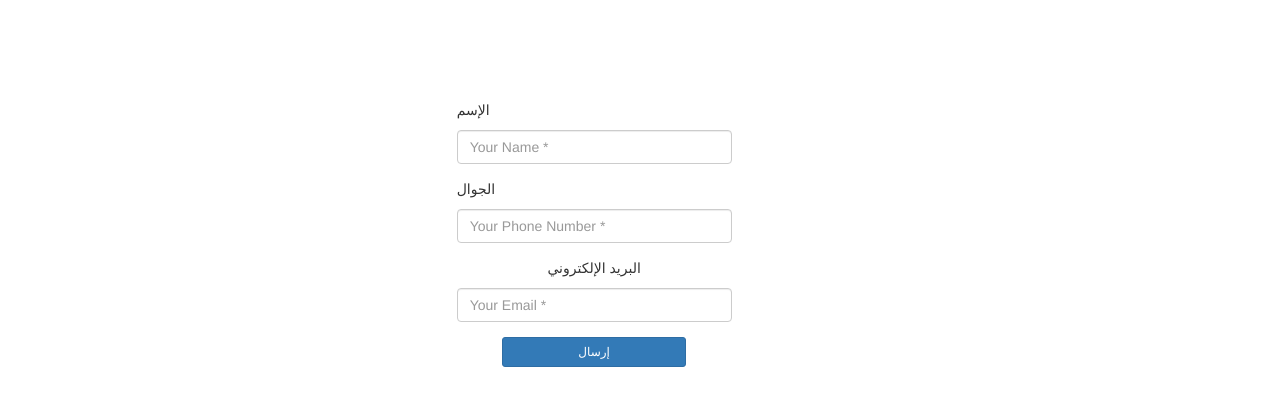
Repository: Abdaljawad-Aya/Itbeep-task
Page: http://localhost/form-user
An editor plug-in stored every save of this project. The page is shown before and after a run of saves, followed by the edit.
The browser window is 1280 px wide. The pictures show the whole page.
The page is served by the project's Laravel application, run on PHP 8.4 with Laravel 8.

Above is the page before, as saved 2021-03-07 18:58:51.

After the next 2 saves:
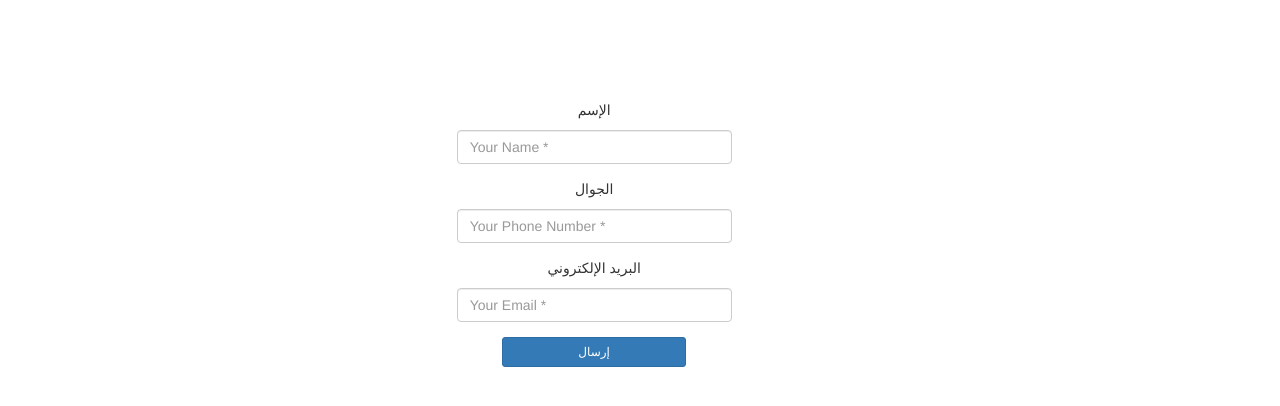
The 2 saves are shown as one change because they came seconds apart.
The last was saved 10 s later.
--- a/singlePageApp/resources/views/form-user.blade.php
+++ b/singlePageApp/resources/views/form-user.blade.php
@@ -32,7 +32,7 @@
 
         {{-- NAME --}}
         <div class="form-group {{ $errors->has('name') ? ' has-error' : '' }}">
-                <p>الإسم</p>
+                <p style="text-align: center">الإسم</p>
             <input type="text" name="name" class="form-control" placeholder="Your Name *" required/>
              @if ($errors->has('name'))
                  <span class="help-block">
@@ -47,7 +47,7 @@
         {{-- MOBILE --}}
 
         <div class="form-group" {{$errors->has('mobile') ? 'has-error' : ''}}>
-            <p>الجوال</p>
+            <p style="text-align: center">الجوال</p>
          <input type="text" name="mobile" class="form-control" placeholder="Your Phone Number *" required/>
 
          @if ($errors->has('mobile'))
